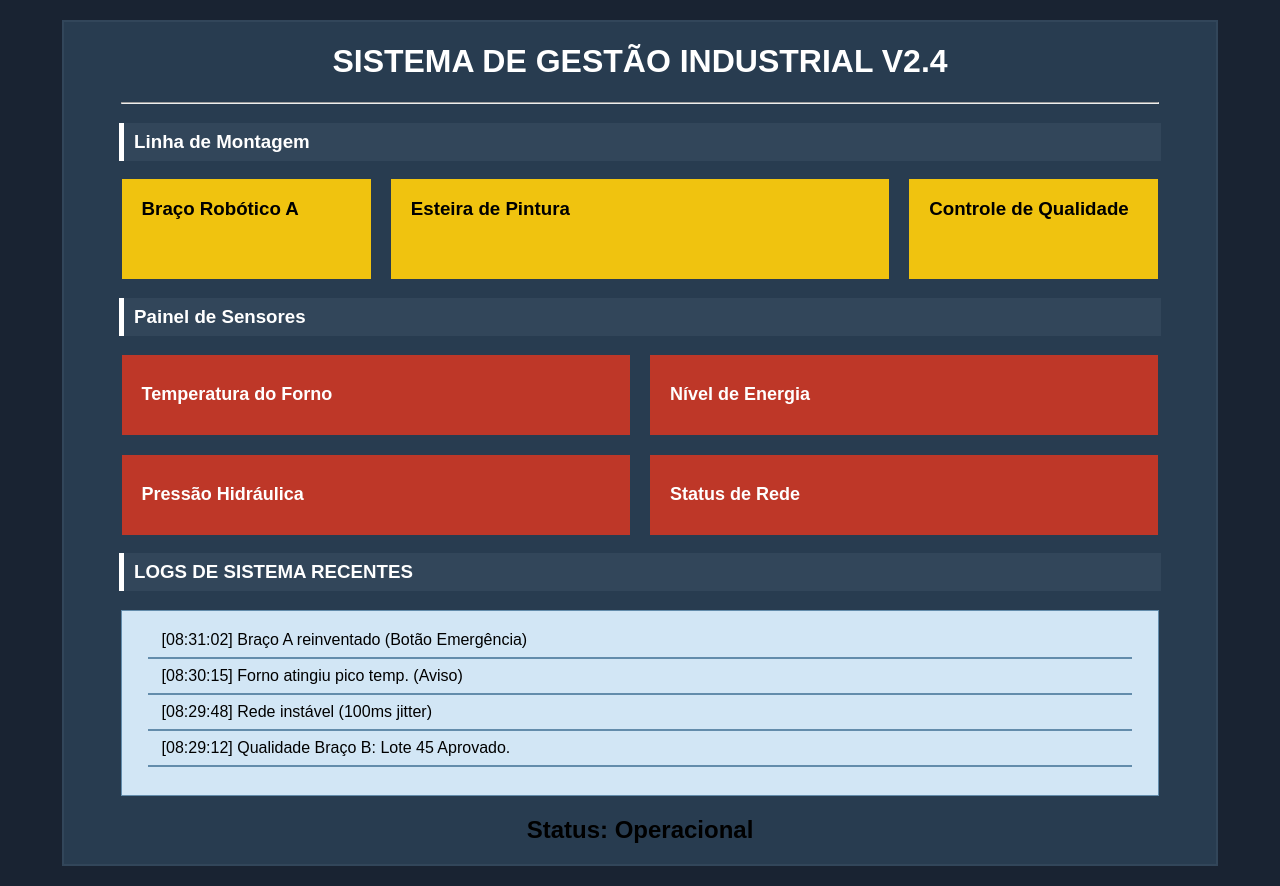
Repository: DanielEDapper/Front-WEG
Page: ProfeIgor/Aula5 - Dashboard Industrial/index.html
The author's editor kept a copy of each file at every save. The page is drawn from the files as they stood at one save, then again after a run of saves.
The browser window is 1280 px wide. The pictures show the whole page.
Some icons come from a web library that is not loaded, so they are not drawn.

Above is the page before, as saved 2026-05-29 20:09:07.

After the next 2 saves:
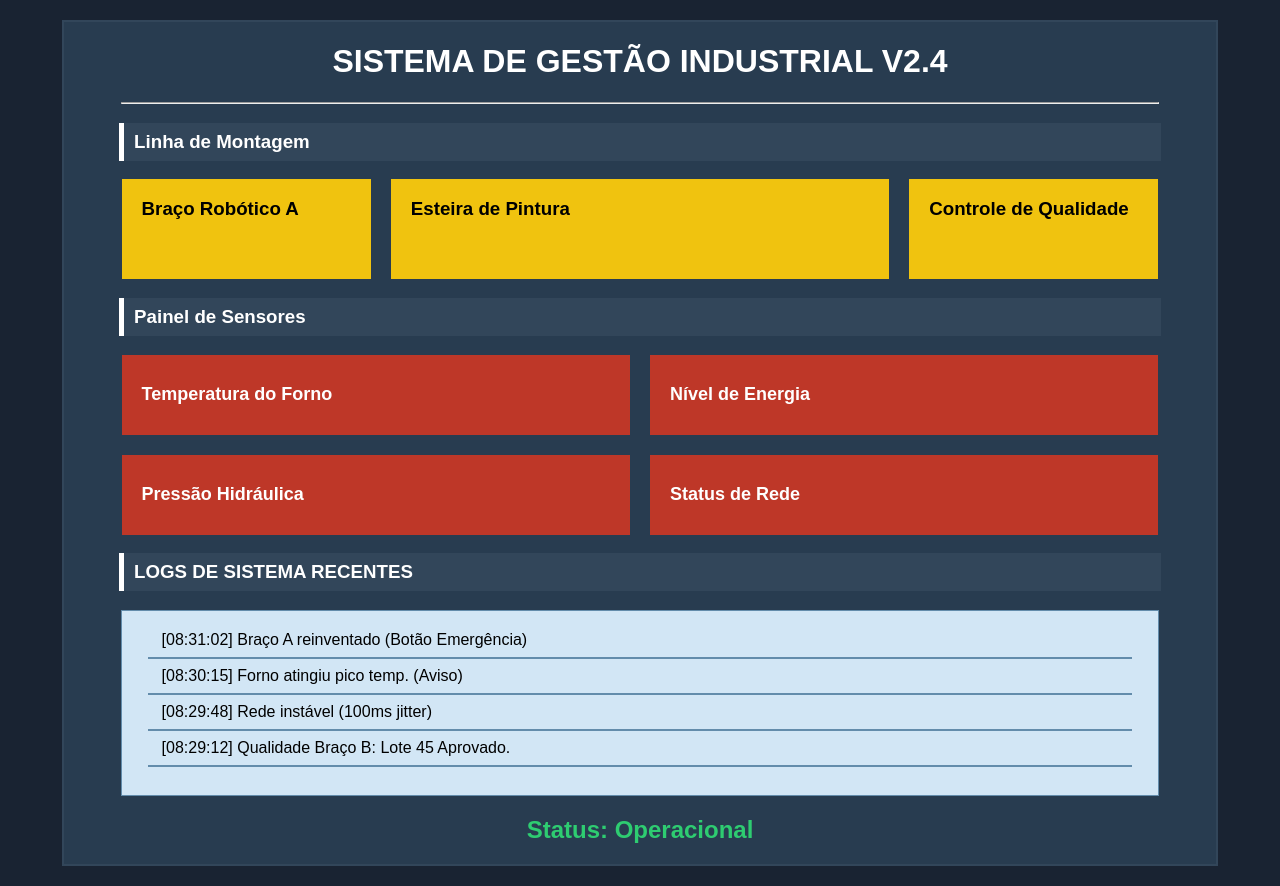
The 2 saves are shown as one change because they came seconds apart.
The last was saved 16 s later.
--- a/ProfeIgor/Aula5 - Dashboard Industrial/style.css
+++ b/ProfeIgor/Aula5 - Dashboard Industrial/style.css
@@ -142,5 +142,5 @@ hr{
 
 #footer{
     justify-self: center;
-    color:
+    color: var(--success)
 }
